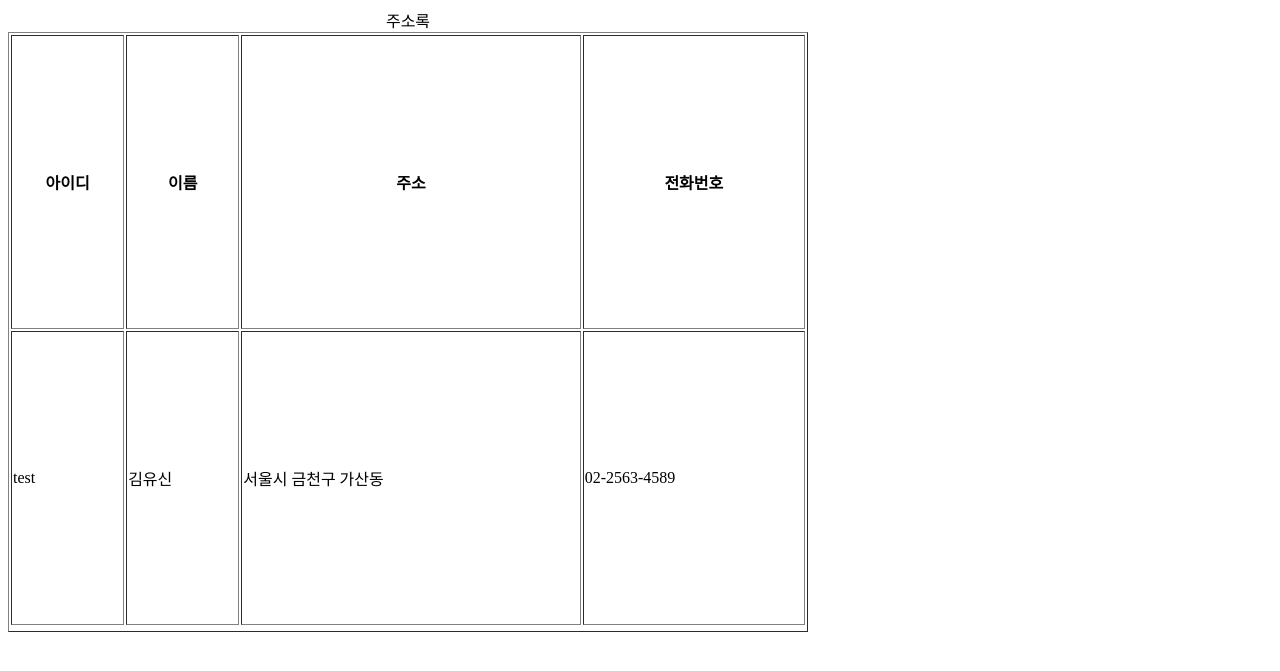
Repository: rightsecond3/java52
Page: workspace_script/dev_html/WebContent/html_table/table_1.html
The author's editor kept a copy of each file at every save. The page is drawn from the files as they stood at one save, then again after the next save.
The browser window is 1280 px wide. The pictures show the whole page.

Above is the page before, as saved 2019-06-10 02:11:29.

After the next save:
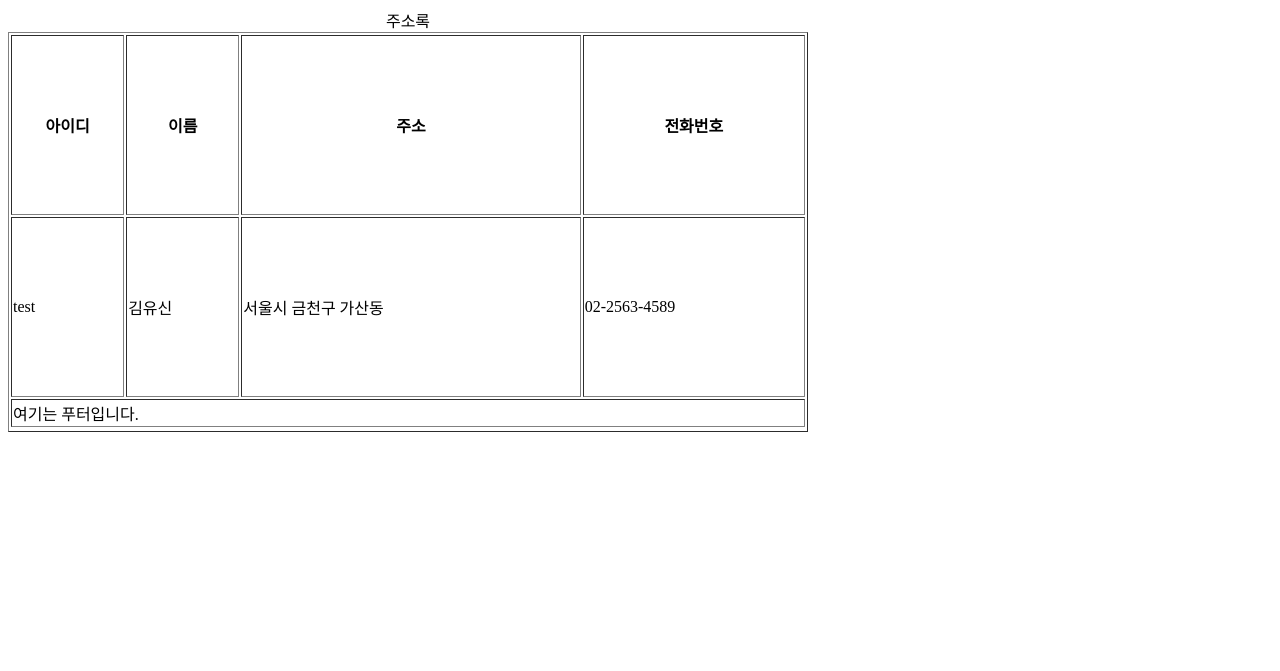
Saved 2 min 7 s later.
--- a/workspace_script/dev_html/WebContent/html_table/table_1.html
+++ b/workspace_script/dev_html/WebContent/html_table/table_1.html
@@ -5,7 +5,7 @@
 <title>주소록</title>
 </head>
 <body>
-	<table border="1" width="800px" height="600px">
+	<table border="1" width="800px" height="400px">
 		<!-- 테이블의 이름 지정 -->
 		<caption>주소록</caption>
 		<thead></thead>
@@ -25,7 +25,12 @@
 				<td>02-2563-4589</td>
 			</tr>
 		</tbody>
-		<tfoot></tfoot>
+		<tfoot>
+			<tr>
+				<!-- colspan:셀병합, aling : 정렬상태 -->
+				<td colspan="4" aling="center">여기는 푸터입니다.</td>
+			</tr>
+		</tfoot>
 	</table>
 </body>
 </html>
